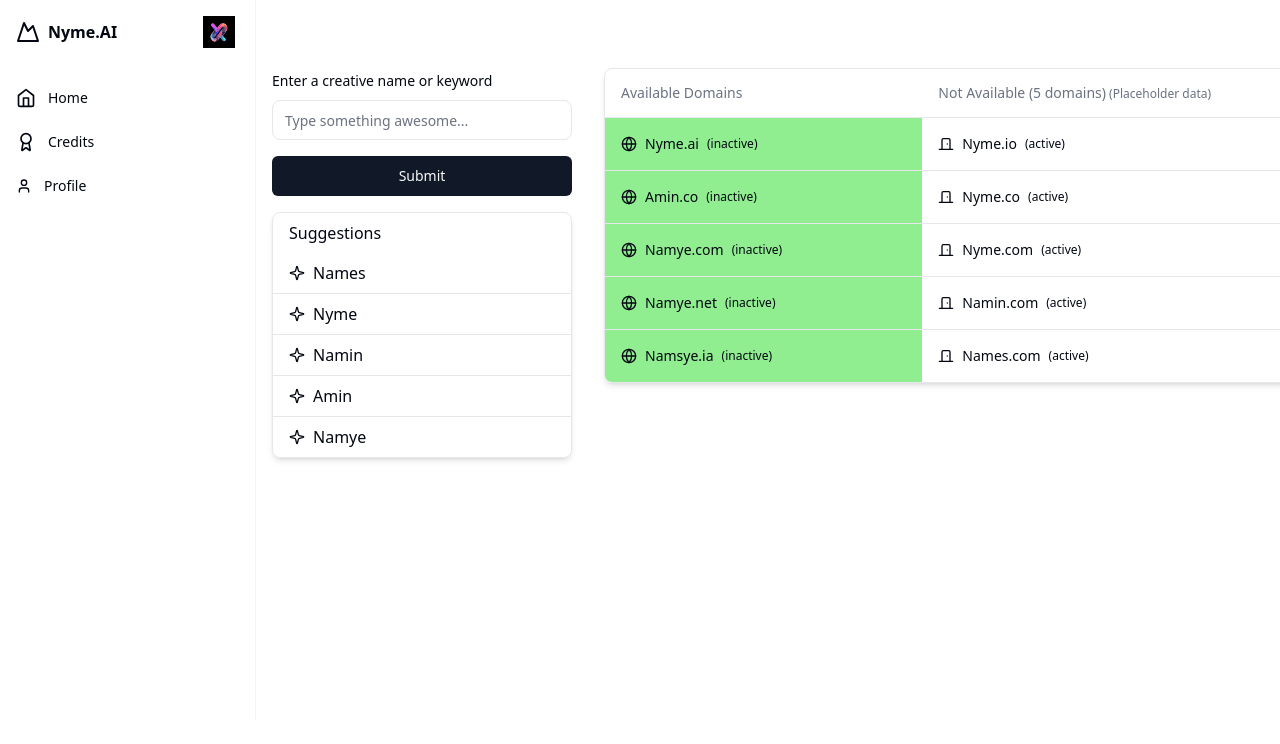
Repository: EliDorf/nyme
Page: /
An editor plug-in stored every save of this project. The page is shown before and after the next save, followed by the edit.
The browser window is 1280 px wide. The pictures show the whole page.
The page's requests for data from a server got no answer. The project was rebuilt for these pictures with package versions that can differ from the ones it lists, and the page was loaded fresh each time. Some packages were replaced by stand-ins written for this rebuild. The framework's server and built-in components were replaced by stand-ins that run in the browser. No one was signed in, and anything a server would have sent is missing. Also part of the build but not shown: next.config.mjs, lib/utils.ts, components/ui/alert-dialog.tsx, components/shared/InsufficientCreditsModal.tsx, components/ui/dropdown-menu.tsx.

Above is the page before, as saved 2024-12-20 08:41:00.

### app/layout.tsx
import type { Metadata } from "next";
import { Inter } from "next/font/google";
import "./globals.css";
import type { AppProps } from 'next/app'
import { ClerkProvider, SignInButton, SignedIn, SignedOut, UserButton } from '@clerk/nextjs'

const inter = Inter({ subsets: ["latin"] });

export const metadata: Metadata = {
  title: "Nyme.AI",
  description: "Nyme.AI Generate create Names",
};


export default function RootLayout({
  children,
}: {
  children: React.ReactNode
}) {
  return (
    <ClerkProvider>
      <html lang="en">
        <body>
          <header>
            <SignedOut>
              <SignInButton />
            </SignedOut>
            <SignedIn>
            </SignedIn>
          </header>
          <main>
            {children}
          </main>
        </body>
      </html>
    </ClerkProvider>
  )
}

### app/(root)/layout.tsx
import { Dashboard } from '@/components/component/Dashboard';
import React from 'react';
import { NewSidebar } from '@/components/shared/new-sidebar';

const Layout = ({ children }: { children: React.ReactNode }) => {
  return (
    <main className="flex h-screen bg-background">
      <NewSidebar/>
      <div className="flex-1 overflow-y-auto pt-11 p-4">
        <Dashboard />
        {children}
      </div>
    </main>
  );
}

export default Layout;

### app/(root)/page.tsx
import { UserButton } from '@clerk/nextjs'
import React from 'react'

const Home = () => {
  return (
    <div>
      <p>Home</p>

    </div>
  )
}

export default Home

### components/ui/label.tsx
"use client"

import * as React from "react"
import * as LabelPrimitive from "@radix-ui/react-label"
import { cva, type VariantProps } from "class-variance-authority"

import { cn } from "@/lib/utils"

const labelVariants = cva(
  "text-sm font-medium leading-none peer-disabled:cursor-not-allowed peer-disabled:opacity-70"
)

const Label = React.forwardRef<
  React.ElementRef<typeof LabelPrimitive.Root>,
  React.ComponentPropsWithoutRef<typeof LabelPrimitive.Root> &
    VariantProps<typeof labelVariants>
>(({ className, ...props }, ref) => (
  <LabelPrimitive.Root
    ref={ref}
    className={cn(labelVariants(), className)}
    {...props}
  />
))
Label.displayName = LabelPrimitive.Root.displayName

export { Label }

### components/ui/input.tsx
import * as React from "react"

import { cn } from "@/lib/utils"

export interface InputProps
  extends React.InputHTMLAttributes<HTMLInputElement> {}

const Input = React.forwardRef<HTMLInputElement, InputProps>(
  ({ className, type, ...props }, ref) => {
    return (
      <input
        type={type}
        className={cn(
          "flex h-10 w-full rounded-md border border-input bg-background px-3 py-2 text-sm ring-offset-background file:border-0 file:bg-transparent file:text-sm file:font-medium placeholder:text-muted-foreground focus-visible:outline-none focus-visible:ring-2 focus-visible:ring-ring focus-visible:ring-offset-2 disabled:cursor-not-allowed disabled:opacity-50",
          className
        )}
        ref={ref}
        {...props}
      />
    )
  }
)
Input.displayName = "Input"

export { Input }

### components/ui/button.tsx
import * as React from "react"
import { Slot } from "@radix-ui/react-slot"
import { cva, type VariantProps } from "class-variance-authority"

import { cn } from "@/lib/utils"

const buttonVariants = cva(
  "inline-flex items-center justify-center whitespace-nowrap rounded-md text-sm font-medium ring-offset-background transition-colors focus-visible:outline-none focus-visible:ring-2 focus-visible:ring-ring focus-visible:ring-offset-2 disabled:pointer-events-none disabled:opacity-50",
  {
    variants: {
      variant: {
        default: "bg-primary text-primary-foreground hover:bg-primary/90",
        destructive:
          "bg-destructive text-destructive-foreground hover:bg-destructive/90",
        outline:
          "border border-input bg-background hover:bg-accent hover:text-accent-foreground",
        secondary:
          "bg-secondary text-secondary-foreground hover:bg-secondary/80",
        ghost: "hover:bg-accent hover:text-accent-foreground",
        link: "text-primary underline-offset-4 hover:underline",
      },
      size: {
        default: "h-10 px-4 py-2",
        sm: "h-9 rounded-md px-3",
        lg: "h-11 rounded-md px-8",
        icon: "h-10 w-10",
      },
    },
    defaultVariants: {
      variant: "default",
      size: "default",
    },
  }
)

export interface ButtonProps
  extends React.ButtonHTMLAttributes<HTMLButtonElement>,
    VariantProps<typeof buttonVariants> {
  asChild?: boolean
}

const Button = React.forwardRef<HTMLButtonElement, ButtonProps>(
  ({ className, variant, size, asChild = false, ...props }, ref) => {
    const Comp = asChild ? Slot : "button"
    return (
      <Comp
        className={cn(buttonVariants({ variant, size, className }))}
        ref={ref}
        {...props}
      />
    )
  }
)
Button.displayName = "Button"

export { Button, buttonVariants }

### components/component/UseSuggestion.tsx
// useSuggestions.ts
import { useState } from 'react'
import { useUser } from '@clerk/nextjs'
import { creditFee } from "@/constants"

const PLACEHOLDER_SUGGESTIONS = [
  "Names",
  "Nyme",
  "Namin",
  "Amin",
  "Namye"
];

export function useSuggestions() {
  const [suggestions, setSuggestions] = useState<string[]>(PLACEHOLDER_SUGGESTIONS)
  const [isLoading, setIsLoading] = useState(false)
  const [error, setError] = useState<string | null>(null)
  const { user } = useUser()

  const handleSubmit = async (input: string) => {
    setIsLoading(true)
    setError(null)
    // Note: You'll need to implement updateCredits function or move it to this file
    // await updateCredits(userId, creditFee)

    try {
      const response = await fetch('/api/generate', {
        method: 'POST',
        headers: {
          'Content-Type': 'application/json',
        },
        body: JSON.stringify({
          input,
          userId: user?.id || 'anonymous'
        }),
      })

      if (!response.ok) {
        throw new Error('Network response was not ok')
      }

      const data = await response.json()
      console.log("Raw data from API:", data)
      console.log("Received suggestions:", data.suggestions)

      const newSuggestions = Array.isArray(data.suggestions) ? data.suggestions : PLACEHOLDER_SUGGESTIONS
      console.log("Setting suggestions to:", newSuggestions)

      setSuggestions(newSuggestions)
    } catch (error) {
      console.error('Error:', error)
      setError('Failed to fetch suggestions. Please try again.')
      setSuggestions(PLACEHOLDER_SUGGESTIONS)
    } finally {
      setIsLoading(false)
    }
  }

  return { suggestions, isLoading, error, handleSubmit }
}

### lib/actions/useUserData.ts
// hooks/useUserData.ts
import { useState, useEffect } from 'react';
import { useUser } from '@clerk/nextjs';
import { getUserById } from '@/lib/actions/user.action';
import { User } from '@/types/user';

export function useUserData() {
  const { user } = useUser();
  const [userData, setUserData] = useState<User | null>(null);

  useEffect(() => {
    async function fetchUserData() {
      if (user) {
        const data = await getUserById(user.id);
        setUserData(data);
      }
    }

    fetchUserData();
  }, [user]);

  return { userData };
}

### components/component/DomainFinder.tsx
import React, { useState, useEffect, useRef } from 'react';
import { Table, TableBody, TableCell, TableHead, TableHeader, TableRow } from "@/components/ui/table";
import axios from 'axios';
import { useUser } from '@clerk/nextjs';

interface DomainStatus {
  domain: string;
  zone: string;
  status: string;
  summary: string;
}

interface Domain {
  domain: string;
  status: DomainStatus;
}

interface DomainFinderProps {
  inputDomain: string;
  suggestions: string[];
  shouldCheckDomains: boolean;
}

const TLDs = ['.com', '.io', '.ai', '.co', '.net'];

export function DomainFinder({ inputDomain, suggestions, shouldCheckDomains }: DomainFinderProps) {
  const [domains, setDomains] = useState<Domain[]>([]);
  const [isLoading, setIsLoading] = useState(false);
  const [error, setError] = useState<string | null>(null);
  const [hasSearched, setHasSearched] = useState(false);
  const { user } = useUser();
  const [isSaving, setIsSaving] = useState(false);
  const [domainsChecked, setDomainsChecked] = useState(false);
  const previousSuggestions = useRef<string[]>([]);

  // Placeholder data
  const placeholderDomains: Domain[] = [
      { domain: 'Namye.com', status: { domain: 'Namye.com', zone: 'com', status: 'inactive', summary: 'inactive' } },
      { domain: 'Nyme.io', status: { domain: 'Nyme.io', zone: 'io', status: 'active', summary: 'active' } },
      { domain: 'Nyme.ai', status: { domain: 'Nyme.ai', zone: 'ai', status: 'inactive', summary: 'inactive' } },
      { domain: 'Namin.com', status: { domain: 'Namin.com', zone: 'com', status: 'active', summary: 'active' } },
      { domain: 'Amin.co', status: { domain: 'Amin.co', zone: 'co', status: 'inactive', summary: 'inactive' } },
      { domain: 'Nyme.com', status: { domain: 'Nyme.com', zone: 'com', status: 'active', summary: 'active' } },
      { domain: 'Namye.net', status: { domain: 'Namye.net', zone: 'net', status: 'inactive', summary: 'inactive' } },
      { domain: 'Namsye.ia', status: { domain: 'Namsye.ia', zone: 'ia', status: 'inactive', summary: 'inactive' } },
      { domain: 'Names.com', status: { domain: 'Names.com', zone: 'com', status: 'active', summary: 'active' } },
      { domain: 'Nyme.co', status: { domain: 'Nyme.co', zone: 'co', status: 'active', summary: 'active' } },
  ];

  useEffect(() => {
    const suggestionsChanged = JSON.stringify(suggestions) !== JSON.stringify(previousSuggestions.current);
    if (suggestionsChanged) {
      setHasSearched(false);
      previousSuggestions.current = [...suggestions];
    }
    if (shouldCheckDomains && (inputDomain || suggestions.length > 0) && (!hasSearched || suggestionsChanged)) {
      checkDomains();
    }
  }, [shouldCheckDomains, inputDomain, suggestions]);

  useEffect(() => {
    if (domainsChecked && user) {
      saveDomains();
    }
  }, [domainsChecked, user]);

  const checkDomains = async () => {
    setIsLoading(true);
    setError(null);
    try {
      const allDomains = [inputDomain, ...suggestions].filter(Boolean);
      const requests = allDomains.flatMap(domain =>
        TLDs.map(tld => axios.get(`/api/domains?name=${encodeURIComponent(domain + tld)}`))
      );
      const responses = await Promise.all(requests);
      const newDomains = responses.map((response, index) => {
        const domain = allDomains[Math.floor(index / TLDs.length)] + TLDs[index % TLDs.length];
        const status = response.data.status[0];
        return {
          domain,
          status
        };
      });
      setDomains(newDomains);
      setHasSearched(true);
      setDomainsChecked(true);
    } catch (err) {
      setError('Failed to check domain availability');
      console.error(err);
    } finally {
      setIsLoading(false);
    }
  };

  const isAvailable = (status: string) => {
      return status === "inactive" || status === "undelegated" || status === "unknown" || status === "undelegated inactive";
  };

  const displayDomains = hasSearched ? domains : placeholderDomains;
  const sortedDomains = [...displayDomains].sort((a, b) => a.domain.length - b.domain.length);
  const availableDomains = sortedDomains.filter(d => isAvailable(d.status.status)).slice(0, 10);
  const unavailableDomains = sortedDomains.filter(d => !isAvailable(d.status.status)).slice(0, 10);

  const saveDomains = async () => {
    if (!user) {
      console.error('No user logged in');
      setError('You must be logged in to save domains');
      return;
    }

    setIsSaving(true);
    try {
      console.log('Attempting to save domains:', {
        availableDomains,
        unavailableDomains,
        userId: user.id,
        input: inputDomain
      });
      console.log('Current user:', user);
      const response = await axios.post('/api/save-domains', {
        domains: [...availableDomains, ...unavailableDomains],
        userId: user.id,
        input: inputDomain
      });

      console.log('Save domains response:', response);

      if (response.status === 200) {
        console.log("Domains saved successfully");
      } else {
        throw new Error(`Failed to save domains. Status: ${response.status}`);
      }
    } catch (error: unknown) {
      console.error('Error saving domains:', error);
      if (axios.isAxiosError(error)) {
        if (error.response) {
          console.error('Response data:', error.response.data);
          console.error('Response status:', error.response.status);
          console.error('Response headers:', error.response.headers);
        } else if (error.request) {
          console.error('No response received:', error.request);
        } else {
          console.error('Error message:', error.message);
        }
      } else {
        console.error('Unexpected error:', error);
      }
      setError('Failed to save domains. Please try again.');
    } finally {
      setIsSaving(false);
      setDomainsChecked(false);
    }
  };

  return (
      <div className="flex flex-col gap-4">
          {isLoading && <p>Checking domain availability...</p>}
          {error && <p className="text-red-500">{error}</p>}
          {!isLoading && !error && (
          <div className="border rounded-lg overflow-auto shadow-md">
              <Table>
                  <TableHeader>
                      <TableRow>
                          <TableHead className="py-2 px-4 bg-gray-100 dark:bg-gray-800">Available Domains</TableHead>
                          <TableHead className="py-2 px-4 bg-gray-100 dark:bg-gray-800">
                              Not Available ({unavailableDomains.length} domains)
                              {!hasSearched && <span className="text-xs text-gray-500"> (Placeholder data)</span>}
                          </TableHead>
                      </TableRow>
                  </TableHeader>
                  <TableBody>
                      {Array.from({ length: Math.max(availableDomains.length, unavailableDomains.length) }).map((_, index) => (
                          <TableRow key={index}>
                              <TableCell className="bg-[#90EE90] dark:bg-[#006400] text-black dark:text-white">
                                  {availableDomains[index] && (
                                      <div className="flex items-center gap-2">
                                          <GlobeIcon className="w-4 h-4 shrink-0 text-green-500" />
                                          <span>{availableDomains[index].domain}</span>
                                          <span className="text-xs text-gray-700 dark:text-gray-300">({availableDomains[index].status.status})</span>
                                      </div>
                                  )}
                              </TableCell>
                              <TableCell className="py-2 px-4">
                                  {unavailableDomains[index] && (
                                      <div className="flex items-center gap-2 text-gray-500 dark:text-gray-400">
                                          <DoorClosedIcon className="w-4 h-4 shrink-0 text-red-500" />
                                          <span>{unavailableDomains[index].domain}</span>
                                          <span className="text-xs">({unavailableDomains[index].status.status})</span>
                                      </div>
                                  )}
                              </TableCell>
                          </TableRow>
                      ))}
                  </TableBody>
              </Table>
          </div>
            )}
      </div>
  );
}

function DoorClosedIcon(props: React.SVGProps<SVGSVGElement>) {
    return (
        <svg
            {...props}
            xmlns="http://www.w3.org/2000/svg"
            width="24"
            height="24"
            viewBox="0 0 24 24"
            fill="none"
            stroke="currentColor"
            strokeWidth="2"
            strokeLinecap="round"
            strokeLinejoin="round"
        >
            <path d="M18 20V6a2 2 0 0 0-2-2H8a2 2 0 0 0-2 2v14" />
            <path d="M2 20h20" />
            <path d="M14 12v.01" />
        </svg>
    )
}

function GlobeIcon(props: React.SVGProps<SVGSVGElement>) {
    return (
        <svg
            {...props}
            xmlns="http://www.w3.org/2000/svg"
            width="24"
            height="24"
            viewBox="0 0 24 24"
            fill="none"
            stroke="currentColor"
            strokeWidth="2"
            strokeLinecap="round"
            strokeLinejoin="round"
        >
            <circle cx="12" cy="12" r="10" />
            <path d="M12 2a14.5 14.5 0 0 0 0 20 14.5 14.5 0 0 0 0-20" />
            <path d="M2 12h20" />
        </svg>
    )
}

### lib/database/models/user.model.ts
import { Schema, model, models } from "mongoose";
const mongoose = require('mongoose');

const UserSchema = new Schema({
  clerkId: {
    type: String,
    required: true,
    unique: true,
  },
  _id: {
    type: mongoose.Schema.Types.ObjectId,
    required: true,
    auto: true,
  },
  email: {
    type: String,
    required: true,
    unique: true,
  },
  username: {
    type: String,
    required: false,
    unique: false,
  },
  photo: {
    type: String,
    required: true,
  },
  firstName: {
    type: String,
  },
  lastName: {
    type: String,
  },
  planId: {
    type: Number,
    default: 1,
  },
  creditBalance: {
    type: Number,
    default: 10,
  },
});

const User = models?.User || model("User", UserSchema);

export default User;

### lib/database/mongoose.ts
import mongoose, { Mongoose } from 'mongoose';

const MONGODB_URL = process.env.MONGODB_URL;

interface MongooseConnection {
  conn: Mongoose | null;
  promise: Promise<Mongoose> | null;
}

let cached: MongooseConnection = (global as any).mongoose

if(!cached) {
  cached = (global as any).mongoose = {
    conn: null, promise: null
  }
}

export const connectToDatabase = async () => {
  if(cached.conn) {
    console.log('Using existing database connection');
    return cached.conn;
  }

  if(!MONGODB_URL) {
    throw new Error('Missing MONGODB_URL environment variable');
  }

  try {
    console.log('Connecting to MongoDB...');
    cached.promise =
      cached.promise ||
      mongoose.connect(MONGODB_URL, {
        dbName: 'Nyme', bufferCommands: false
      });

    cached.conn = await cached.promise;
    console.log('Successfully connected to MongoDB');
    return cached.conn;
  } catch (error) {
    console.error('Failed to connect to MongoDB:', error);
    throw error;
  }
}

// Add an event listener for connection errors
mongoose.connection.on('error', (error) => {
  console.error('MongoDB connection error:', error);
});

// Add an event listener for successful connections
mongoose.connection.once('open', () => {
  console.log('MongoDB connection established successfully');
});

### tailwind.config.ts
import type { Config } from "tailwindcss";

const config: Config = {
  content: [
    "./pages/**/*.{js,ts,jsx,tsx,mdx}",
    "./components/**/*.{js,ts,jsx,tsx,mdx}",
    "./app/**/*.{js,ts,jsx,tsx,mdx}",
  ],
  theme: {
    extend: {
      backgroundImage: {
        "gradient-radial": "radial-gradient(var(--tw-gradient-stops))",
        "gradient-conic":
          "conic-gradient(from 180deg at 50% 50%, var(--tw-gradient-stops))",

      },
      backgroundColor: {
        white: '#ffffff',
      },
    },
      colors: {
            "border": "hsl(var(--border))",
            "input": "hsl(var(--input))",
            "ring": "hsl(var(--ring))",
            "background": "hsl(var(--background))",
            "foreground": "hsl(var(--foreground))",
            "primary": {
              "DEFAULT": "hsl(var(--primary))",
              "foreground": "hsl(var(--primary-foreground))"
            },
            "secondary": {
              "DEFAULT": "hsl(var(--secondary))",
              "foreground": "hsl(var(--secondary-foreground))"
            },
            "destructive": {
              "DEFAULT": "hsl(var(--destructive))",
              "foreground": "hsl(var(--destructive-foreground))"
            },
            "muted": {
              "DEFAULT": "hsl(var(--muted))",
              "foreground": "hsl(var(--muted-foreground))"
            },
            "accent": {
              "DEFAULT": "hsl(var(--accent))",
              "foreground": "hsl(var(--accent-foreground))"
            },
            "popover": {
              "DEFAULT": "hsl(var(--popover))",
              "foreground": "hsl(var(--popover-foreground))"
            },
            "card": {
              "DEFAULT": "hsl(var(--card))",
              "foreground": "hsl(var(--card-foreground))"
            }
          },
      borderRadius: {
            "lg": "var(--radius)",
            "md": "calc(var(--radius) - 2px)",
            "sm": "calc(var(--radius) - 4px)"
          },
      keyframes: {
            "accordion-down": {
              "from": {
                "height": "0"
              },
              "to": {
                "height": "var(--radix-accordion-content-height)"
              }
            },
            "accordion-up": {
              "from": {
                "height": "var(--radix-accordion-content-height)"
              },
              "to": {
                "height": "0"
              }
            }
          }
},
  plugins: [require("tailwindcss-animate")],
};
export default config;

Loaded but not shown: components/shared/new-sidebar.tsx (234 lines, source omitted); app/globals.css (263 lines, source omitted); components/component/Dashboard.tsx (170 lines, source omitted); constants/index.ts (195 lines, source omitted); lib/actions/user.action.ts (126 lines, source omitted); components/ui/table.tsx (117 lines, source omitted)

After the next save:
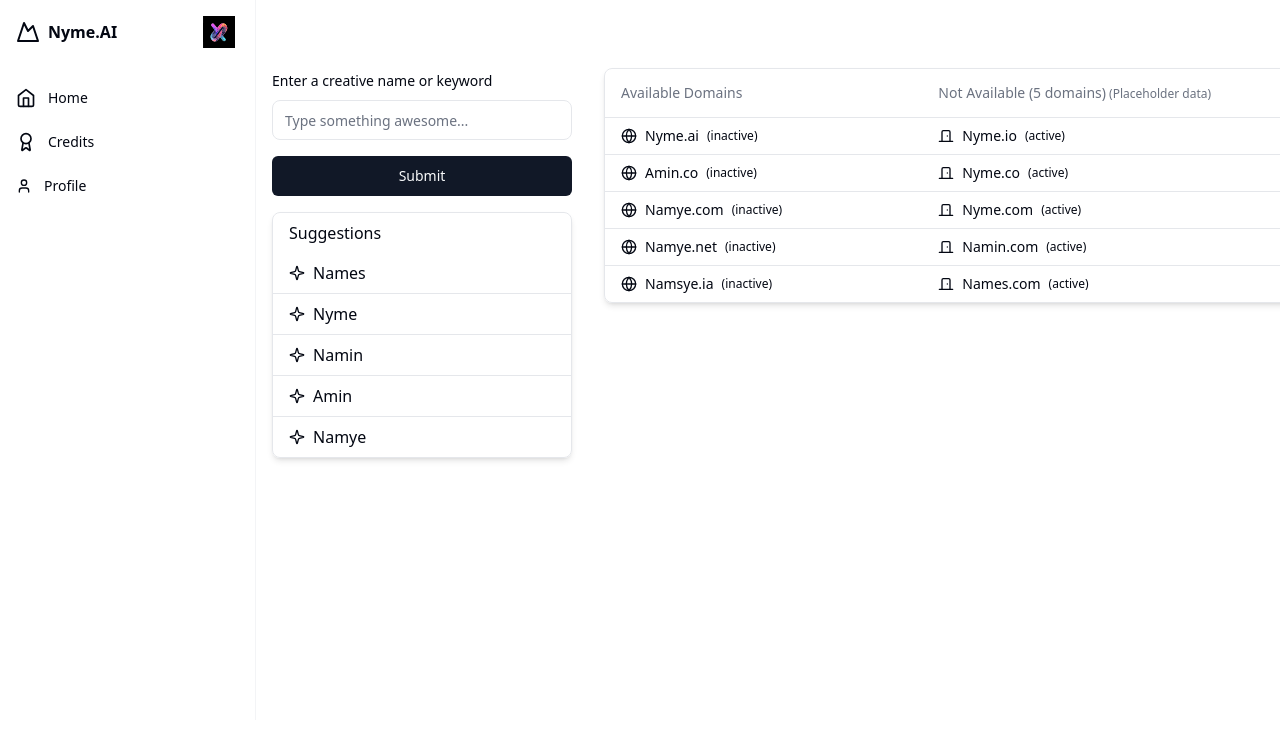
Saved 8 min 7 s later.
--- a/components/component/DomainFinder.tsx
+++ b/components/component/DomainFinder.tsx
@@ -22,6 +22,10 @@ interface DomainFinderProps {
 }
 
 const TLDs = ['.com', '.io', '.ai', '.co', '.net'];
+
+const getAffiliateLink = (domain: string) => {
+  return `https://www.namecheap.com/domains/registration/results/?domain=${encodeURIComponent(domain)}&clickID=2eZ1DcRCpxyKUZtRio1i6XbcUkCXtpSh2w30Ro0&irgwc=1&utm_source=IR&utm_medium=Affiliate&utm_campaign=5673970&affnetwork=ir&ref=ir`;
+};
 
 export function DomainFinder({ inputDomain, suggestions, shouldCheckDomains }: DomainFinderProps) {
   const [domains, setDomains] = useState<Domain[]>([]);
@@ -171,16 +175,23 @@ export function DomainFinder({ inputDomain, suggestions, shouldCheckDomains }: D
                   <TableBody>
                       {Array.from({ length: Math.max(availableDomains.length, unavailableDomains.length) }).map((_, index) => (
                           <TableRow key={index}>
-                              <TableCell className="bg-[#90EE90] dark:bg-[#006400] text-black dark:text-white">
+                              <TableCell className={`py-2 px-4 ${hasSearched ? 'available-domain-cell' : ''}`}>
                                   {availableDomains[index] && (
                                       <div className="flex items-center gap-2">
                                           <GlobeIcon className="w-4 h-4 shrink-0 text-green-500" />
-                                          <span>{availableDomains[index].domain}</span>
+                                          <a
+                                            href={getAffiliateLink(availableDomains[index].domain)}
+                                            target="_blank"
+                                            rel="noopener noreferrer"
+                                            className="hover:underline"
+                                          >
+                                            {availableDomains[index].domain}
+                                          </a>
                                           <span className="text-xs text-gray-700 dark:text-gray-300">({availableDomains[index].status.status})</span>
                                       </div>
                                   )}
                               </TableCell>
-                              <TableCell className="py-2 px-4">
+                              <TableCell className={`py-2 px-4 ${hasSearched ? 'not-available-domain-cell' : ''}`}>
                                   {unavailableDomains[index] && (
                                       <div className="flex items-center gap-2 text-gray-500 dark:text-gray-400">
                                           <DoorClosedIcon className="w-4 h-4 shrink-0 text-red-500" />
